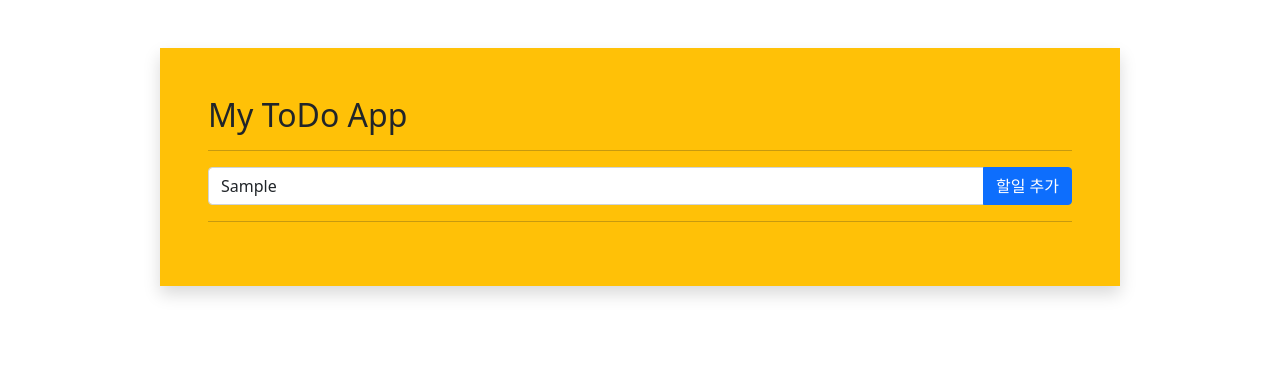
Repository: ineble/sql
Page: http://localhost/text/01/text2.jsp
The author's editor kept a copy of each file at every save. The page is drawn from the files as they stood at one save, then again after the next save.
The browser window is 1280 px wide. The pictures show the whole page.
Empty fields were first filled with sample values (such as "Sample", 5 or name@example.com).
After loading, the first visible `button.btn` was clicked once.
The page is served by Tomcat 9.

Above is the page before, as saved 2022-07-15 08:44:13.
Console error: TypeError: Cannot set properties of null (setting 'className')

### text/src/main/webapp/01/text2.jsp
<%@ page language="java" contentType="text/html; charset=UTF-8"
    pageEncoding="UTF-8"%>
<!DOCTYPE html>
<html>
<head>
<meta charset="UTF-8">
<meta name="viewport" content="width=device-width, initial-scale=1">
<link href="https://cdn.jsdelivr.net/npm/bootstrap@5.0.2/dist/css/bootstrap.min.css" rel="stylesheet" integrity="sha384-EVSTQN3/azprG1Anm3QDgpJLIm9Nao0Yz1ztcQTwFspd3yD65VohhpuuCOmLASjC" crossorigin="anonymous">
<title>실습 3-2</title>


<script>
function addItem() {
	let todo = document.getElementById("item");
	let list = document.getElementById("todolist");
	let listitem = document.getElementById("li");
	listitem.className
	= "d-flex list-group-item list-group-item-action list-group-item-warning";
	let xbtn = document.createElement("button")
	xbtn.className = "btn-close ms-auto";

	xbtn.onclick = function(e){
		let pnode = e.target.parentNode;
		list.removeChild(pnode);
	}
	listitem.innerText = todo.value;
	listitem.appendChild(xbtn);
	list.appendChild(listitem);

	todo.value = "";
	todo.focus();

}

</script>
</head>
<body>
	<div class="container bg-warning shadow mx-auto mt-5 p-5 w-75">
	<h2>My ToDo App</h2>
	<hr>
	<div class="input-group">
		<input id="item" class="form-control" type="text" placeholder="할일을 입력하세요..">
		<button type="button" class="btn btn-primary" onclick="addItem()">할일 추가</button>
	</div>
	<hr>
	<ul id="todolist" class="list-group"></ul>
	</div>
</body>
</html>

After the next save:
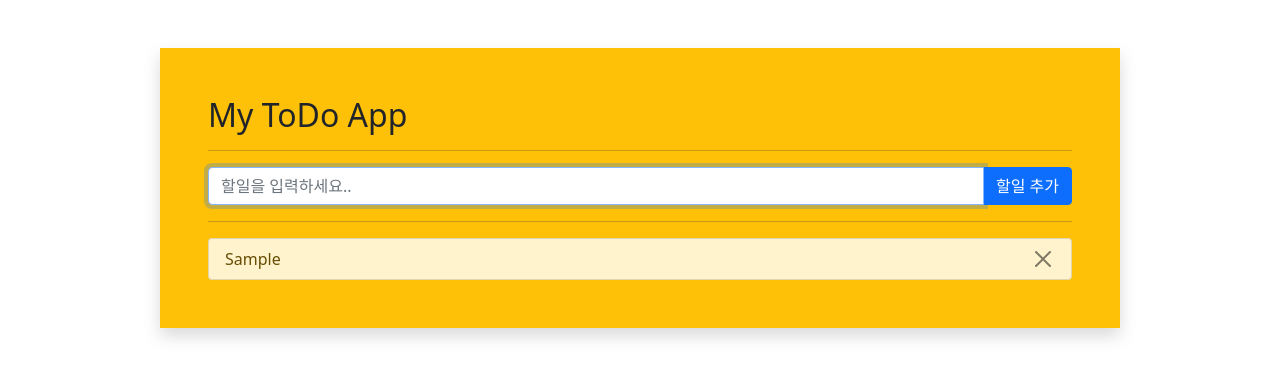
The error is gone.
Saved 2 min 9 s later.
--- a/text/src/main/webapp/01/text2.jsp
+++ b/text/src/main/webapp/01/text2.jsp
@@ -13,7 +13,7 @@
 function addItem() {
 	let todo = document.getElementById("item");
 	let list = document.getElementById("todolist");
-	let listitem = document.getElementById("li");
+	let listitem = document.createElement("li");
 	listitem.className
 	= "d-flex list-group-item list-group-item-action list-group-item-warning";
 	let xbtn = document.createElement("button")
